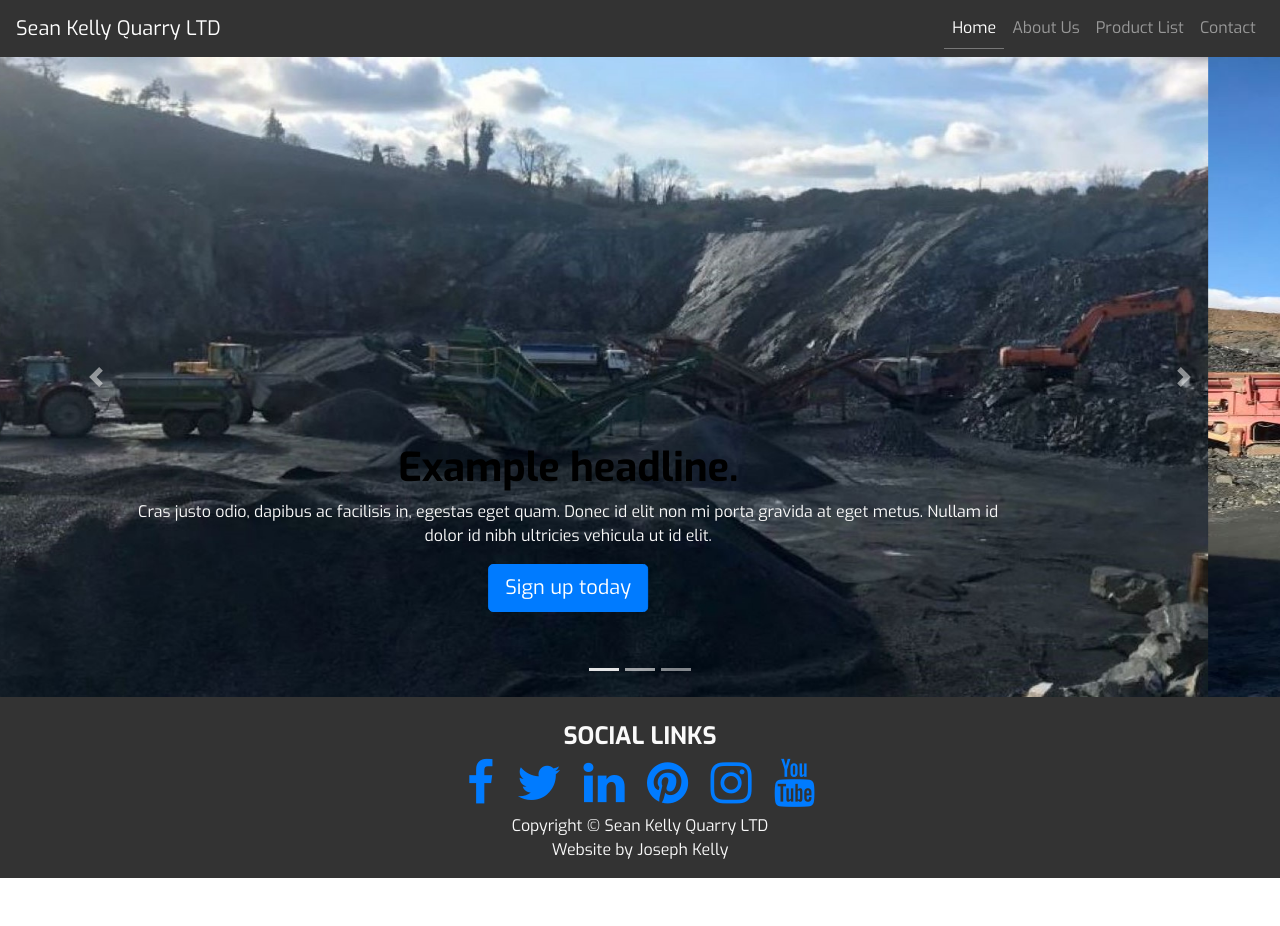
Repository: Code-Institute-Submissions/Sean-Kelly-Quarry
Page: index.html
The author's editor kept a record of every edit. The page is drawn from the files as they stood at one moment, then again after the next edit.
The browser window is 1280 px wide. The pictures show the whole page.

Above is the page before.

After the next edit:
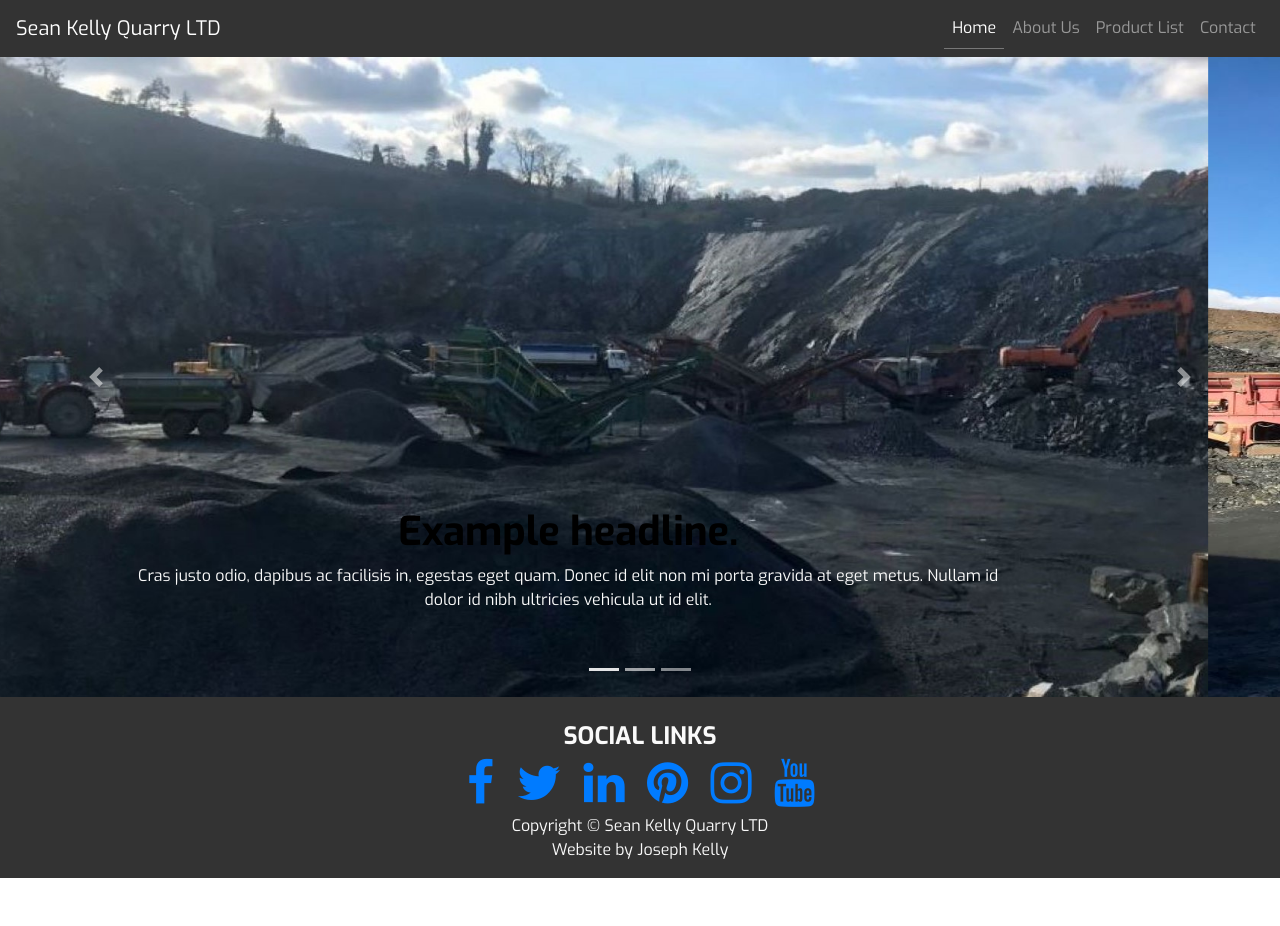
The edit:
--- a/index.html
+++ b/index.html
@@ -47,7 +47,6 @@
                   <div class="carousel-caption text-left">
                     <h1>Example headline.</h1>
                     <p>Cras justo odio, dapibus ac facilisis in, egestas eget quam. Donec id elit non mi porta gravida at eget metus. Nullam id dolor id nibh ultricies vehicula ut id elit.</p>
-                    <p><a class="btn btn-lg btn-primary" href="#" role="button">Sign up today</a></p>
                   </div>
                 </div>
               </div>
